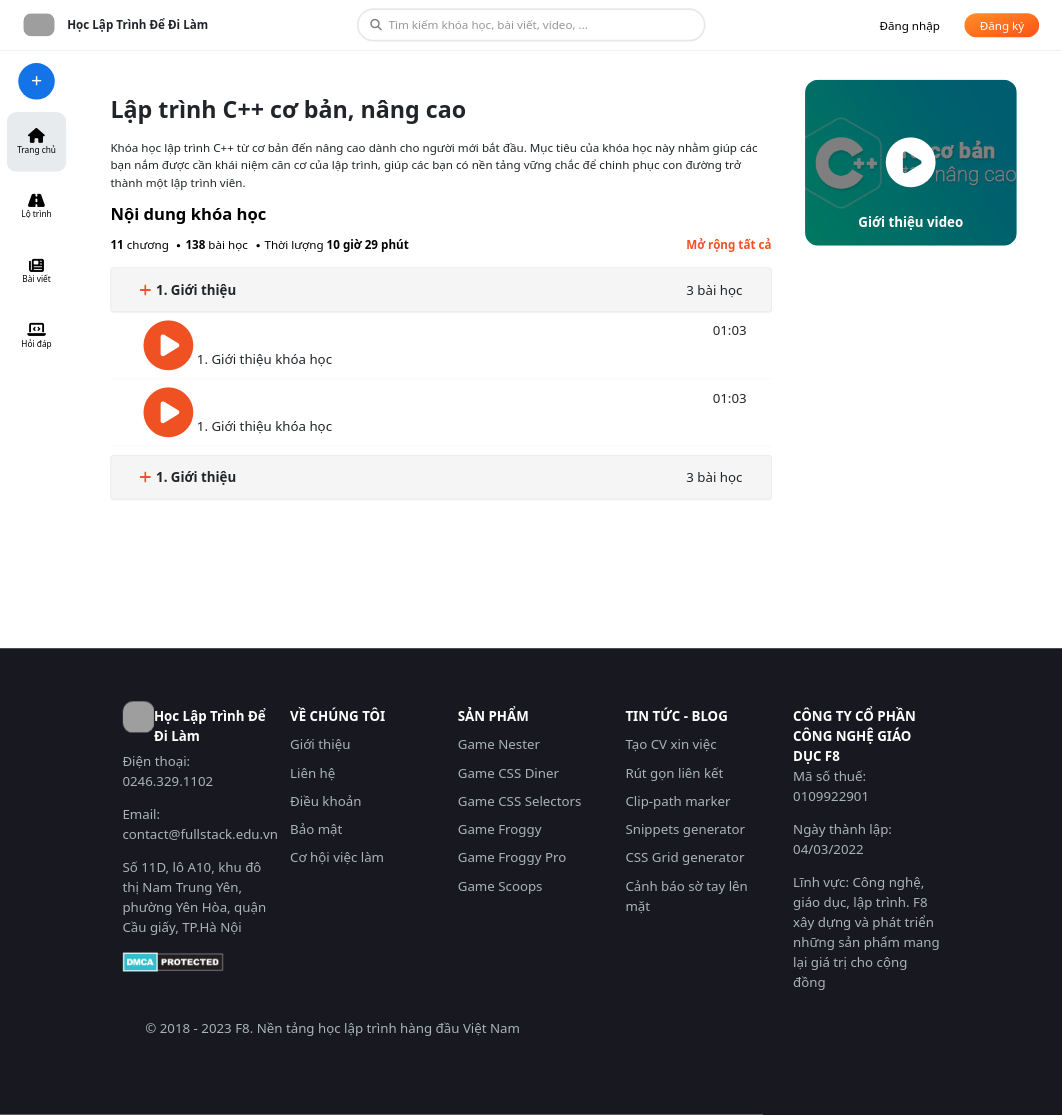
Repository: Quoc-Thang/projectasm
Page: introcourse.html
An editor plug-in stored every save of this project. The page is shown before and after the next save, followed by the edit.
The browser window is 1280 px wide. The pictures show the whole page, at 83% of full size.
Pictures or frames that could not be fetched are drawn as grey boxes. Some web libraries are served in a nearby version.

Above is the page before, as saved 2023-11-30 22:52:08.

After the next save:
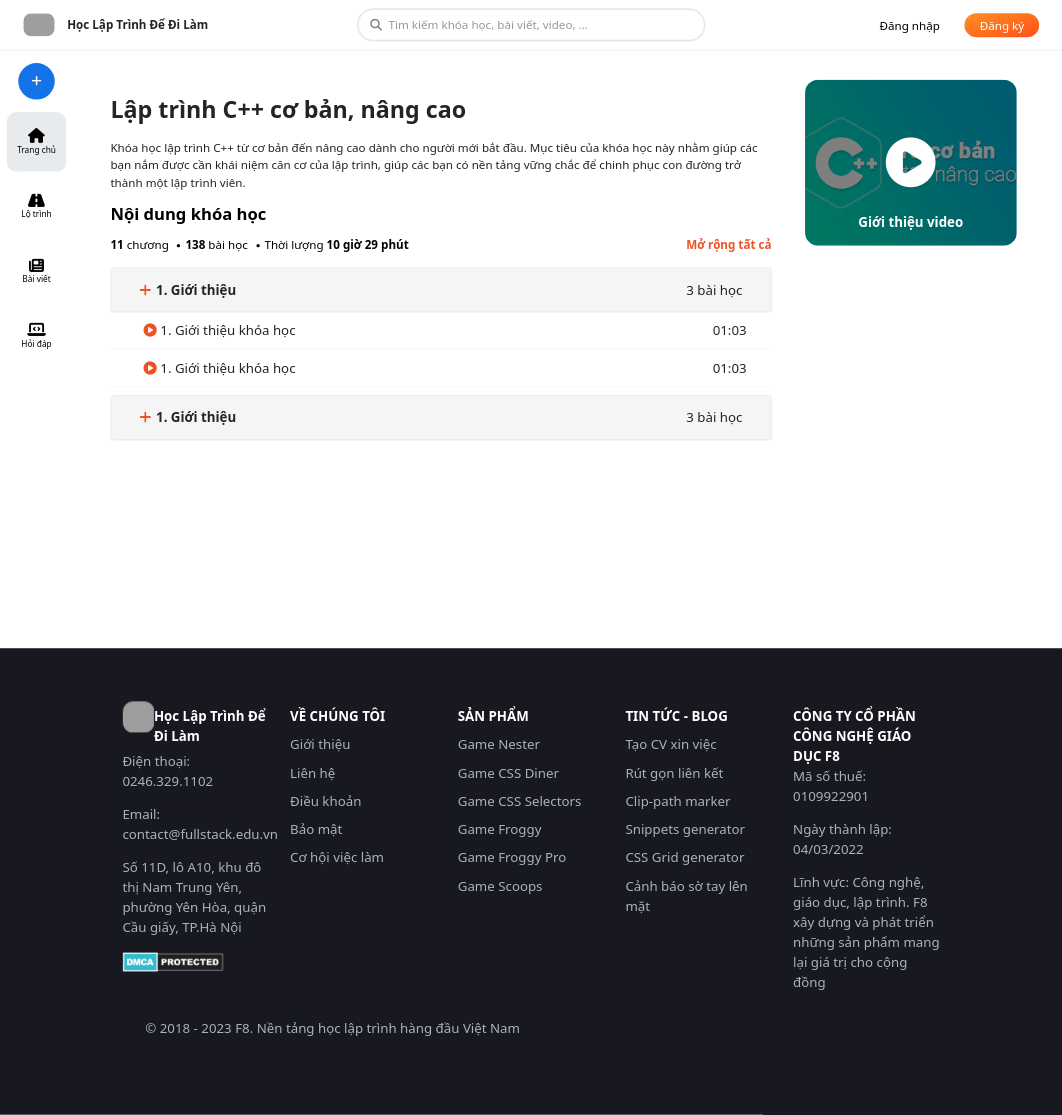
Saved 96 s later.
--- a/view/assets/css/introcourse.css
+++ b/view/assets/css/introcourse.css
@@ -176,7 +176,7 @@
   border-radius: 16px;
 }
 
-.fa-circle-play {
+.icon-play .fa-circle-play {
   font-size: 60px;
 }
 
